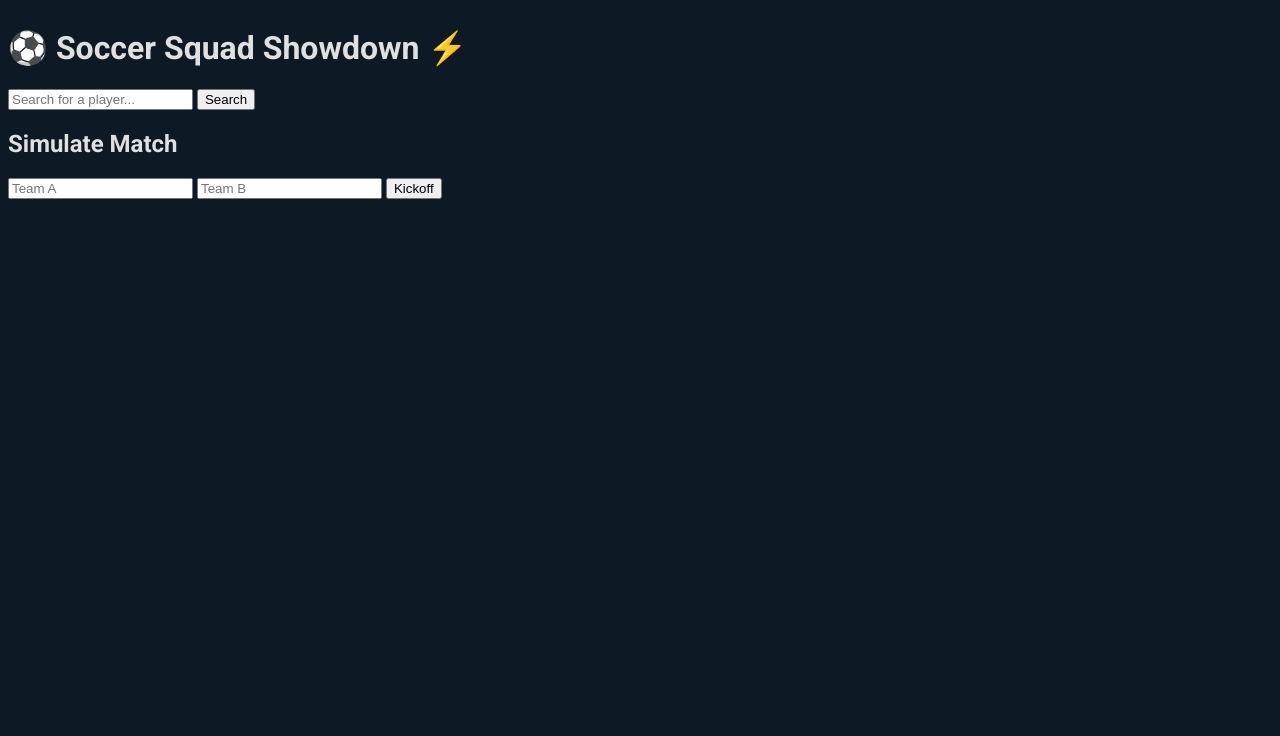
Repository: Manas-Parasar/Soccer-Squad-Showdown
Page: frontend/index.html
An editor plug-in stored every save of this project. The page is shown before and after the next save, followed by the edit.
The browser window is 1280 px wide. The pictures show the whole page.

Above is the page before, as saved 2025-09-10 20:56:21.
Console error: TypeError: Cannot set properties of null (setting 'innerHTML')

After the next save:
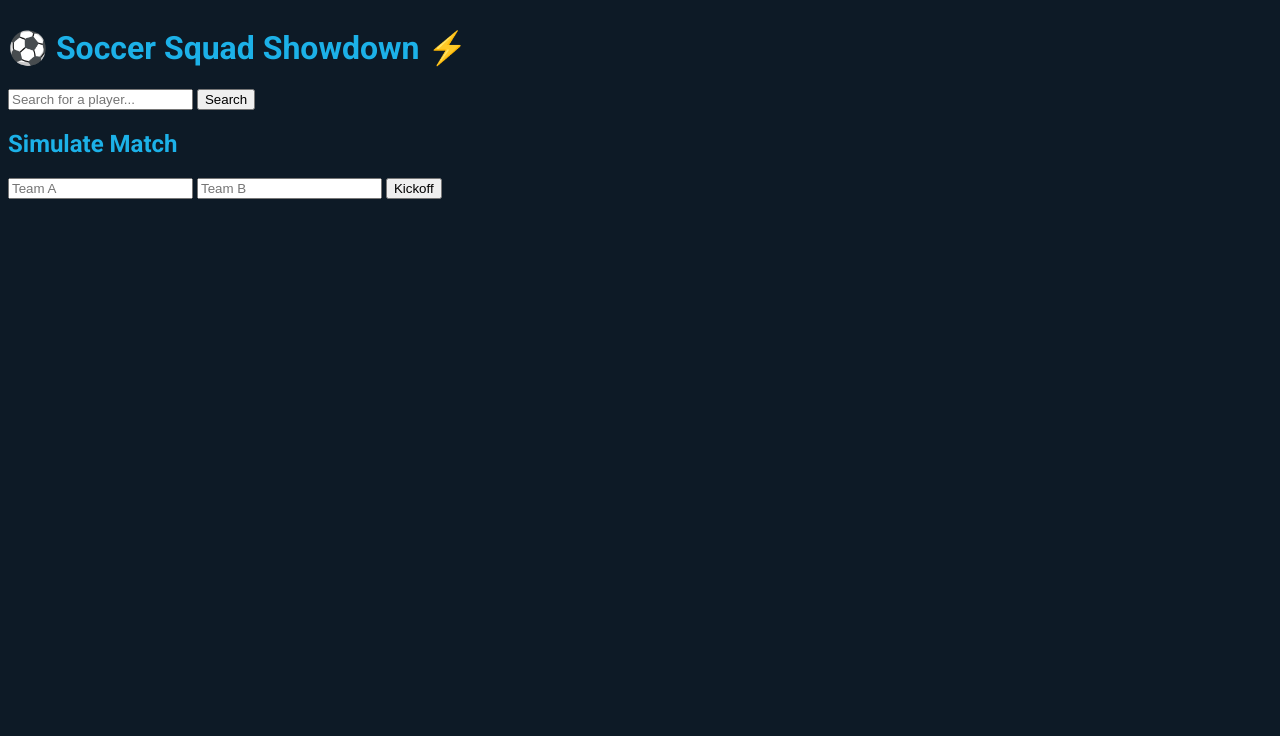
Saved 3 min 31 s later.
--- a/frontend/styles.css
+++ b/frontend/styles.css
@@ -10,7 +10,7 @@
   --circle-hover-bg: rgba(0, 212, 255, 0.2);
   --card-bg: linear-gradient(145deg, #1a2a3a, #1f3c5a);
   --card-border: #2a4a6a;
-  --text-light: #e0e0e0;
+  --text-light: #1cb1e8;
   --text-dark: #17dcee;
   --text-accent: #00d4ff;
   --stat-bar-bg: #2a4a6a;

After the save that followed:
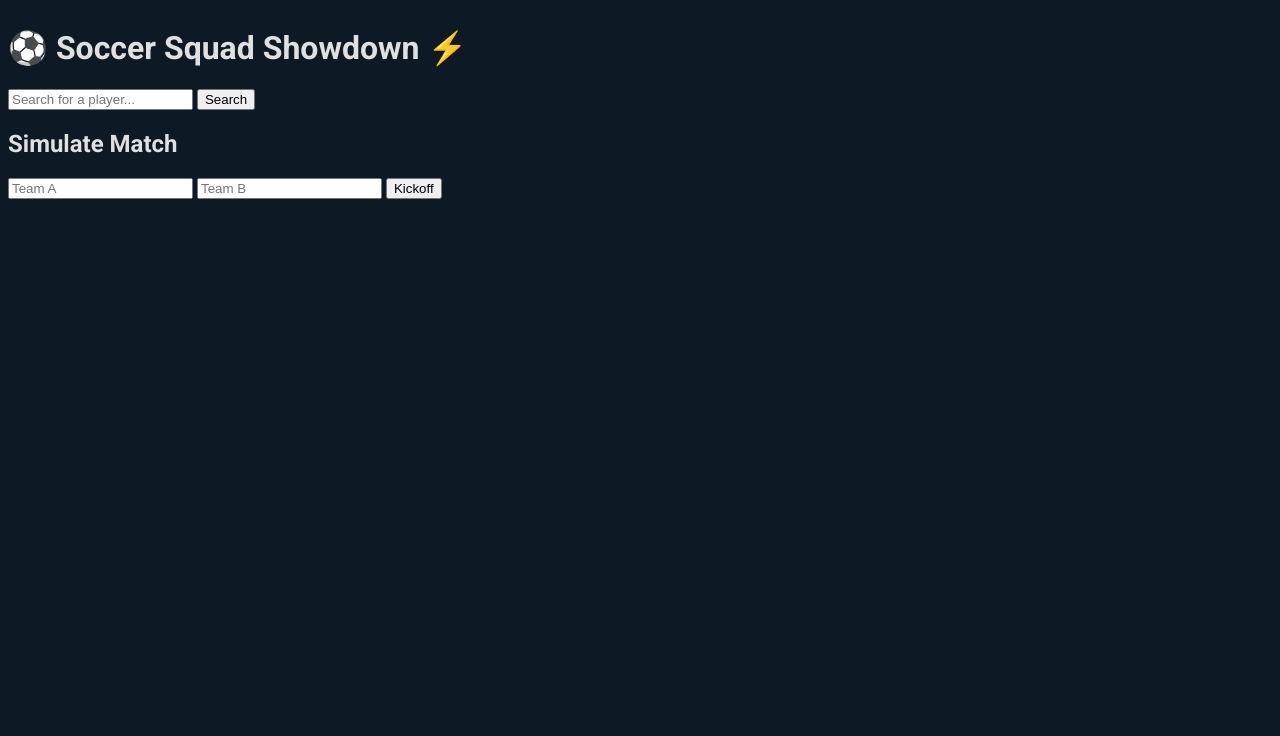
Saved 25 s later.
--- a/frontend/styles.css
+++ b/frontend/styles.css
@@ -10,8 +10,8 @@
   --circle-hover-bg: rgba(0, 212, 255, 0.2);
   --card-bg: linear-gradient(145deg, #1a2a3a, #1f3c5a);
   --card-border: #2a4a6a;
-  --text-light: #1cb1e8;
-  --text-dark: #17dcee;
+  --text-light: #e0e0e0;
+  --text-dark: #333333;
   --text-accent: #00d4ff;
   --stat-bar-bg: #2a4a6a;
   --stat-bar-fill-user: #00d4ff;
